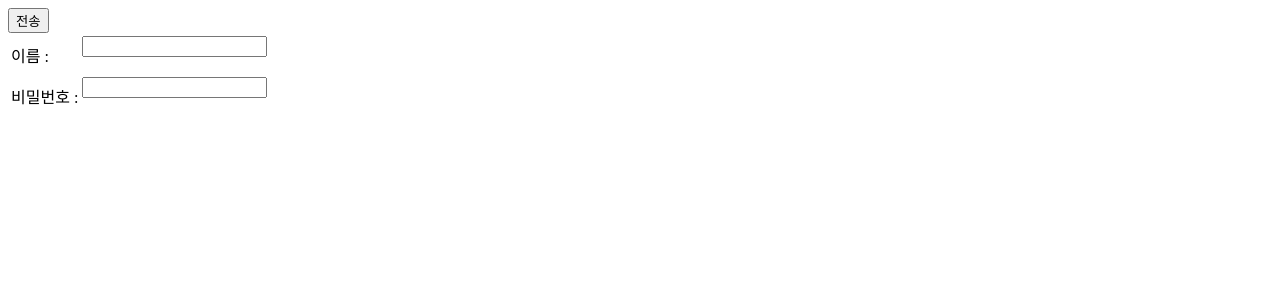
Repository: sunyeongan/Univ_lecture
Page: WebSever_2022/work/week9/week9/src/main/webapp/ex.html
An editor plug-in stored every save of this project. The page is shown before and after the next save, followed by the edit.
The browser window is 1280 px wide. The pictures show the whole page.

Above is the page before, as saved 2022-04-26 02:21:11.

After the next save:
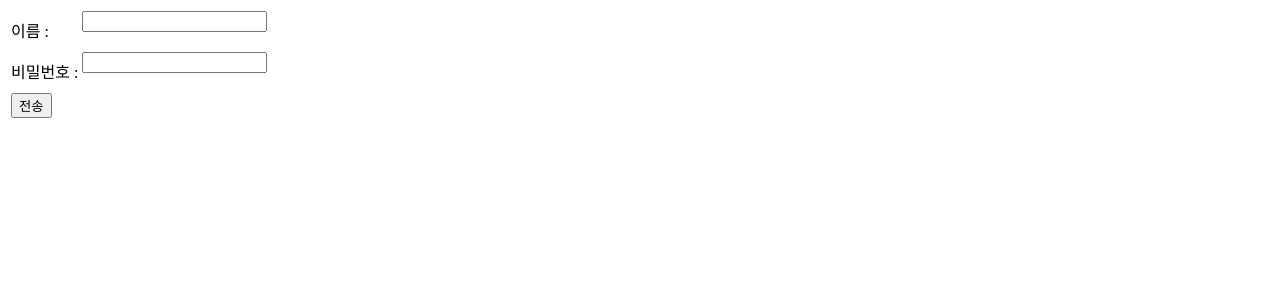
Saved 7 s later.
--- a/WebSever_2022/work/week9/week9/src/main/webapp/ex.html
+++ b/WebSever_2022/work/week9/week9/src/main/webapp/ex.html
@@ -11,7 +11,7 @@
 	<td><input type = "text" name = "name"><p></td></tr>
 	<tr><td>비밀번호 :</td>
 	<td><input type =text" name = "passwd"><p></td></tr>
-	<tr><input type = "submit" value = "전송"></tr>
+	<tr><td><input type = "submit" value = "전송"></td></tr>
 	</table>
 
 </form>
